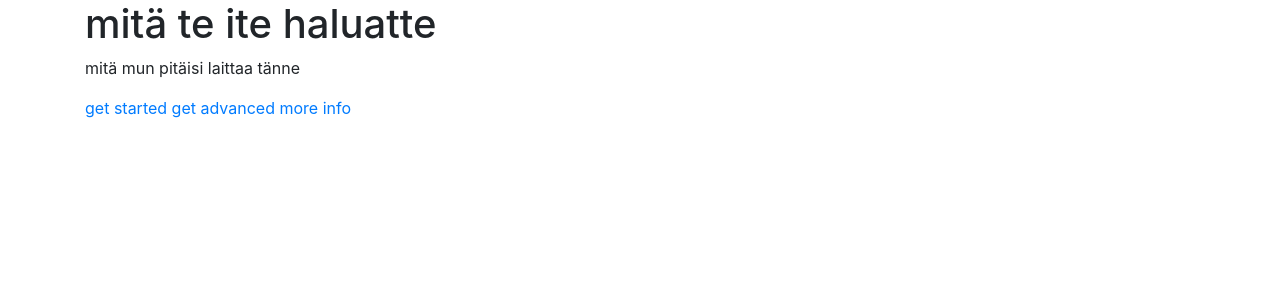
Repository: jessehapuli/jessehapuli.github.io
Page: Bootstrap/index.html
An editor plug-in stored every save of this project. The page is shown before and after the next save, followed by the edit.
The browser window is 1280 px wide. The pictures show the whole page.

Above is the page before, as saved 2024-04-24 09:24:21.

After the next save:
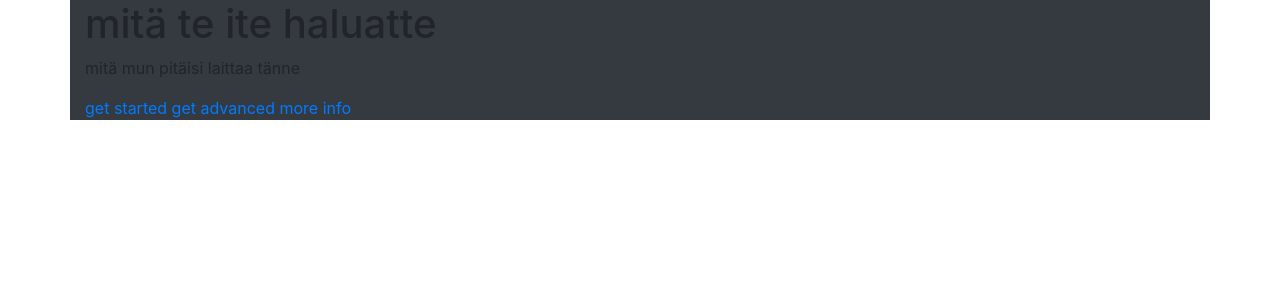
Saved 32 s later.
--- a/Bootstrap/index.html
+++ b/Bootstrap/index.html
@@ -12,7 +12,7 @@
   </head>
   <body>
 
-    <section class="container" bg-dark>
+    <section class="container bg-dark">
       <h1>mitä te ite haluatte</h1>
       <p>mitä mun pitäisi laittaa tänne</p>
       <a href="">get started</a>

After the save that followed:
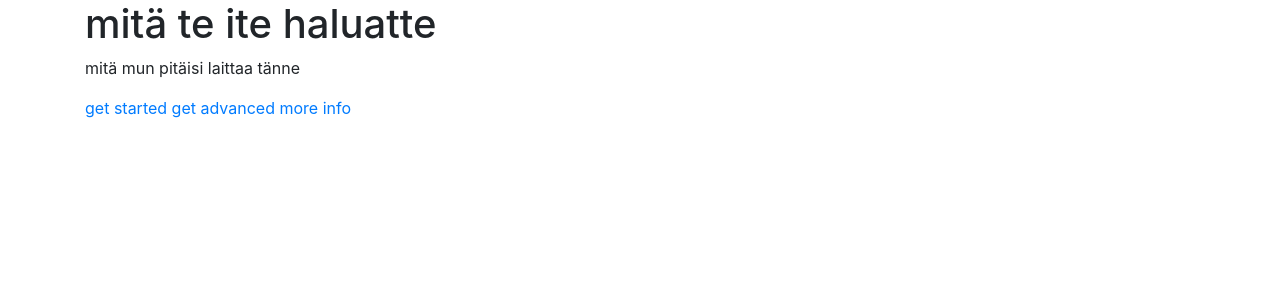
Saved 13 s later.
--- a/Bootstrap/index.html
+++ b/Bootstrap/index.html
@@ -12,7 +12,7 @@
   </head>
   <body>
 
-    <section class="container bg-dark">
+    <section class="container bg-lightred">
       <h1>mitä te ite haluatte</h1>
       <p>mitä mun pitäisi laittaa tänne</p>
       <a href="">get started</a>
